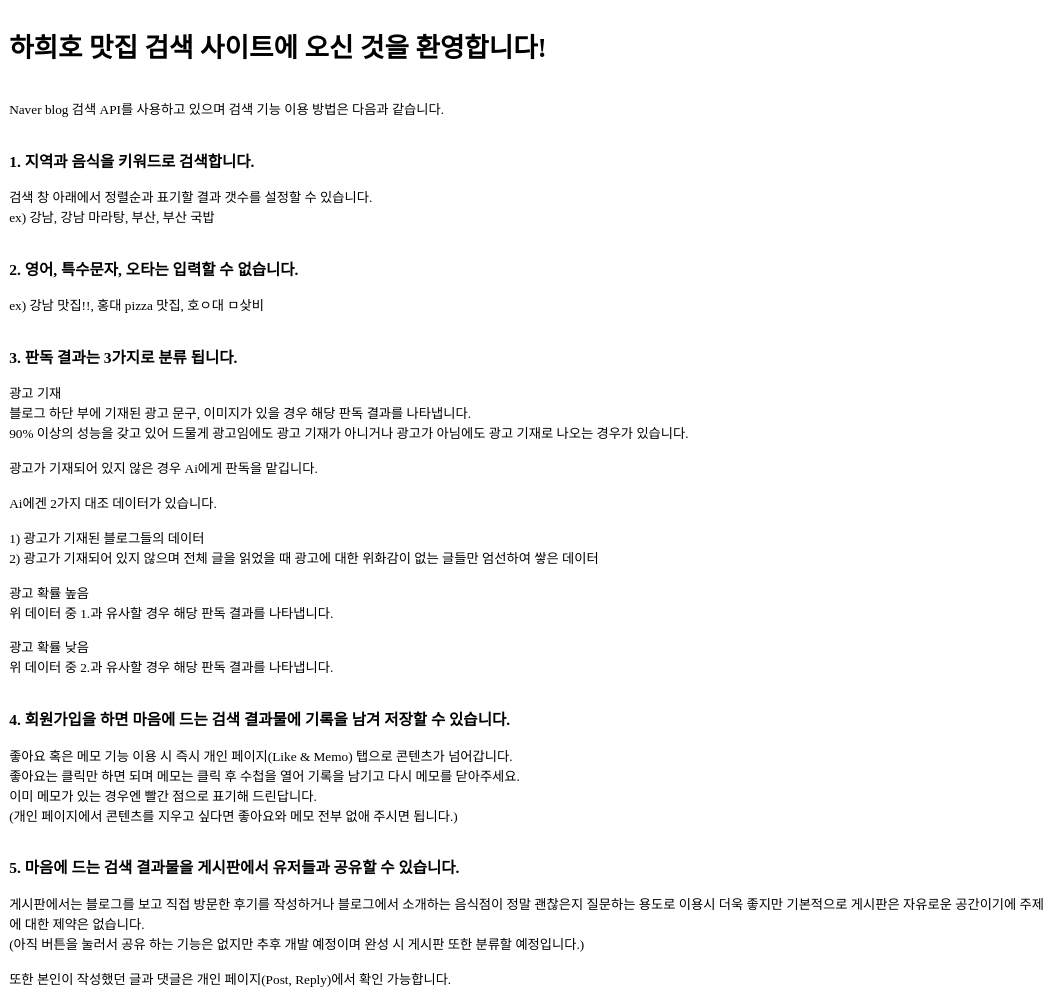
Repository: GOHO97/Haheeho
Page: http://localhost/Haheeho_Adblock/WEB-INF/views/main/main.jsp
The author's editor kept a copy of each file at every save. The page is drawn from the files as they stood at one save, then again after the next save.
The browser window is 1280 px wide. The pictures show the whole page, at 83% of full size.
The page is served by Tomcat 9. Nobody is signed in. The template is opened directly, without the code that normally fills it, so the values that code supplies are empty.

Above is the page before, as saved 2022-11-11 05:14:50.

After the next save:
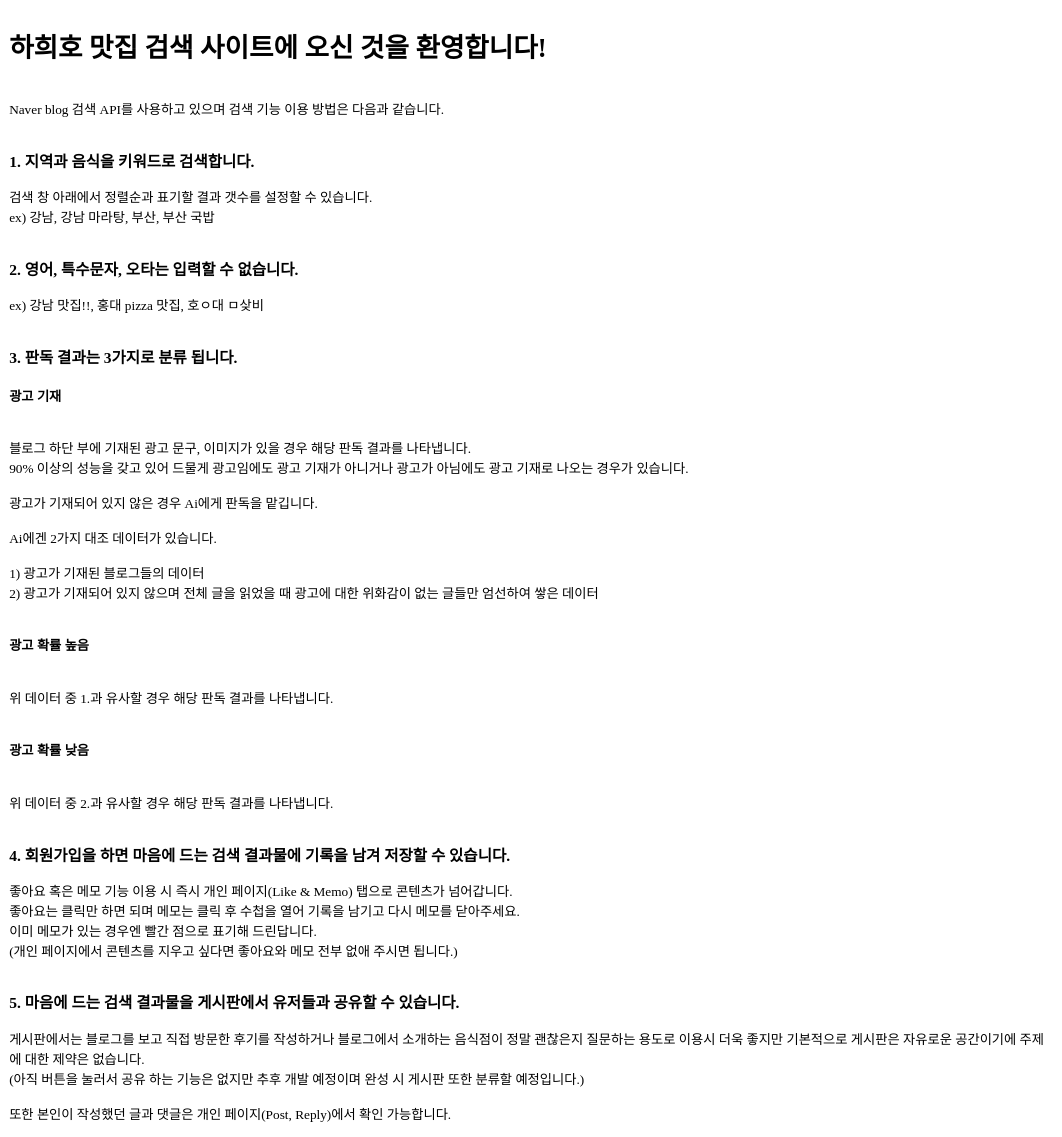
Saved 58 s later.
--- a/Haheeho_Adblock/src/main/webapp/WEB-INF/views/main/main.jsp
+++ b/Haheeho_Adblock/src/main/webapp/WEB-INF/views/main/main.jsp
@@ -24,7 +24,7 @@
 					ex) 강남 맛집!!, 홍대 pizza 맛집, 호ㅇ대 ㅁ샂비<br>
 					<br>
 					<h3>3. 판독 결과는 3가지로 분류 됩니다.</h3>
-					광고 기재<br>
+					<h4>광고 기재</h4><br>
 					블로그 하단 부에 기재된 광고 문구, 이미지가 있을 경우 해당 판독 결과를 나타냅니다.<br>
 					90% 이상의 성능을 갖고 있어 드물게 광고임에도 광고 기재가 아니거나 광고가 아님에도 광고 기재로 나오는 경우가 있습니다.<br>
 					<br>
@@ -35,10 +35,10 @@
 					1) 광고가 기재된 블로그들의 데이터<br>
 					2) 광고가 기재되어 있지 않으며 전체 글을 읽었을 때 광고에 대한 위화감이 없는 글들만 엄선하여 쌓은 데이터<br>
 					<br>
-					광고 확률 높음<br>
+					<h4>광고 확률 높음</h4><br>
 					위 데이터 중 1.과 유사할 경우 해당 판독 결과를 나타냅니다.<br>
 					<br>
-					광고 확률 낮음<br>
+					<h4>광고 확률 낮음</h4><br>
 					위 데이터 중 2.과 유사할 경우 해당 판독 결과를 나타냅니다.<br>
 					<br>
 					<h3>4. 회원가입을 하면 마음에 드는 검색 결과물에 기록을 남겨 저장할 수 있습니다.</h3>
